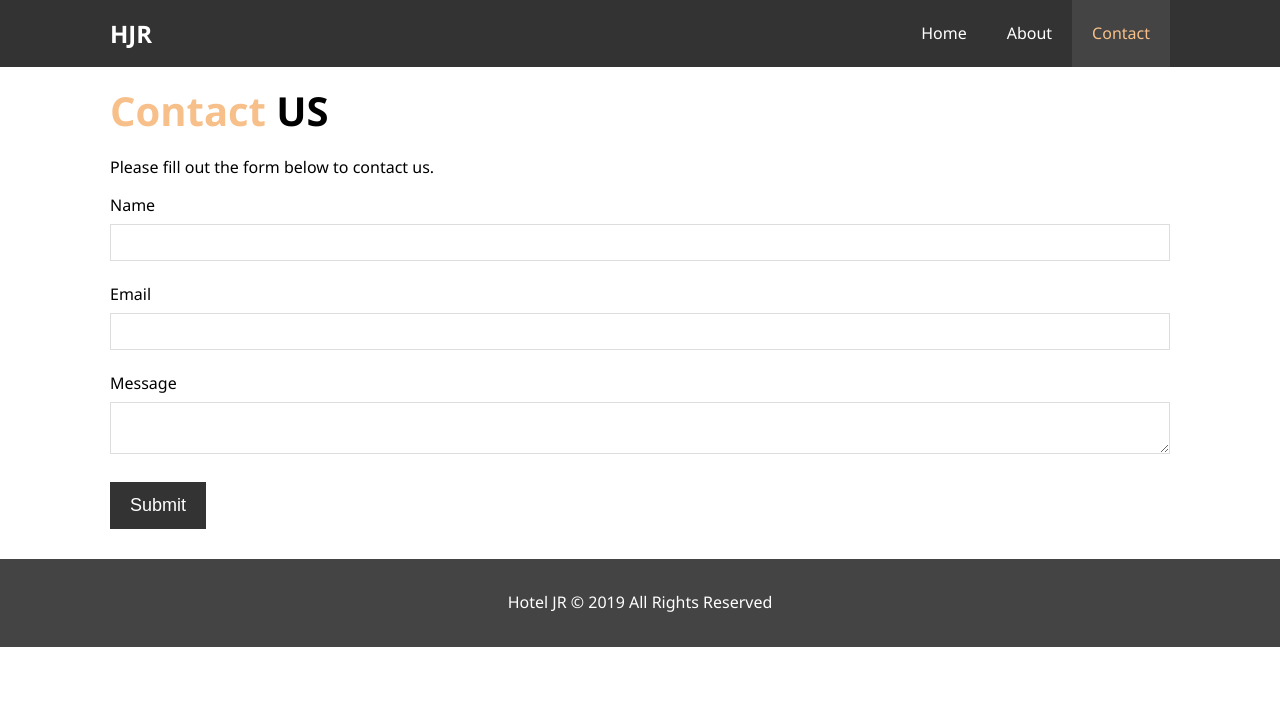
Repository: dimlutine/Hotel-Project
Page: contact.html
These files come from the project's save history. The page is drawn as it stood at one moment and after the next save; the edit follows.
The browser window is 1280 px wide. The pictures show the whole page.
Some web libraries are served in a nearby version.

Above is the page before, as saved 2019-07-05 23:12:48.

After the next save:
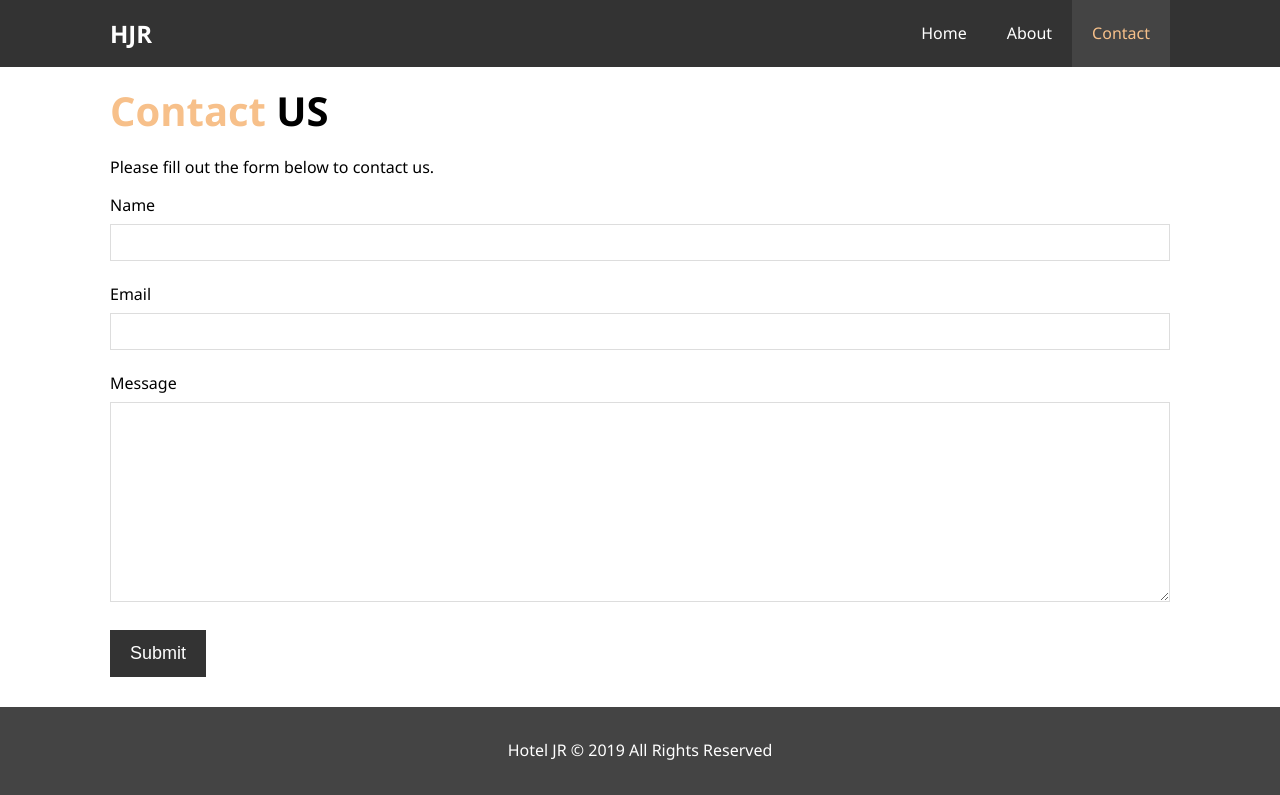
Saved 40 s later.
--- a/css/style.css
+++ b/css/style.css
@@ -272,6 +272,10 @@ p {
     border: 1px #ddd solid;
 }
 
+#contact-form textarea {
+    height: 200px;
+}
+
 
 /* Footer */
 
